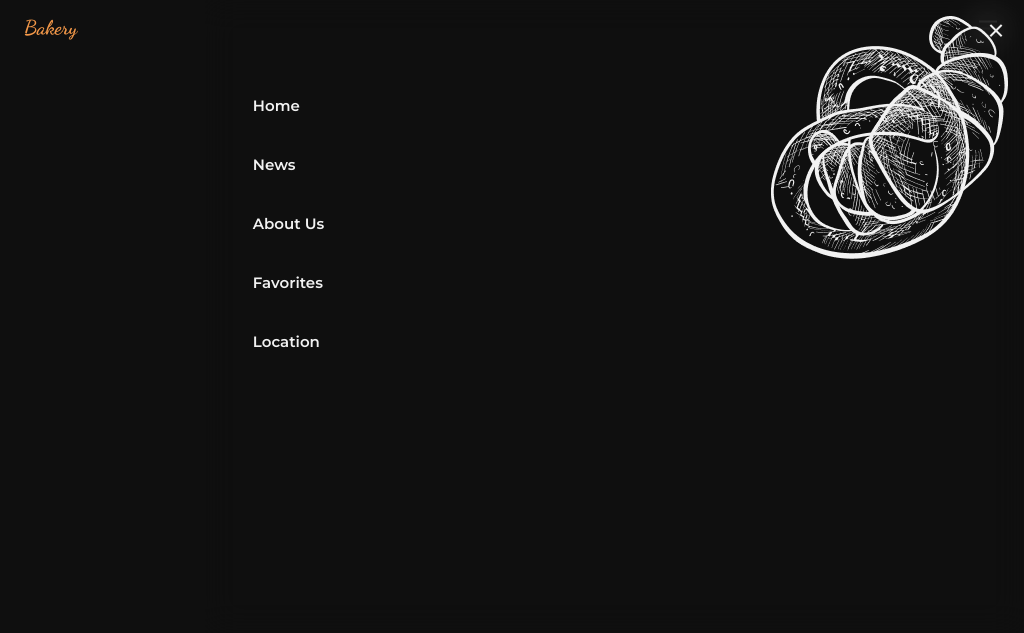
Repository: dinhhaidh/Bakery-web
Page: index.html
An editor plug-in stored every save of this project. The page is shown before and after a run of saves, followed by the edit.
The browser window is 1024 px wide. The pictures show the whole page.
Some web libraries are served in a nearby version.

Above is the page before, as saved 2024-01-15 20:06:00.

### index.html
<!DOCTYPE html>
<html lang="en">
  <head>
    <meta charset="UTF-8" />
    <meta name="viewport" content="width=device-width, initial-scale=1.0" />

    <!--=============== FAVICON ===============-->
    <link rel="shortcut icon" href="assets/img/favicon.png" type="image/x-icon"/>
    <!--=============== REMIXICONS ===============-->
    <link rel="stylesheet"  href="https://cdnjs.cloudflare.com/ajax/libs/remixicon/3.7.0/remixicon.css"/>
    <!--=============== CSS ===============-->
    <link rel="stylesheet" href="./css/style.css"/>

    <title>Responsive bakery website - Bedimcode</title>
  </head>
  <body>
    <!--==================== HEADER ====================-->
    <header class="header" id="header">
        <nav class="nav container">
            <a href="#" class="nav__logo">Bakery</a>
            <div class="nav__menu" id="nav-menu">
                <ul class="nav__list">
                    <li class="nav__item">
                        <a href="#home" class="nav__link">Home</a>
                    </li>
                    <li class="nav__item">
                        <a href="#new" class="nav__link">News</a>
                    </li>
                    <li class="nav__item">
                        <a href="#about" class="nav__link">About Us</a>
                    </li>
                    <li class="nav__item">
                        <a href="#favorite" class="nav__link">Favorites</a>
                    </li>
                    <li class="nav__item">
                        <a href="#visit" class="nav__link">Location</a>
                    </li>
                </ul>
                <div class="nav__close" id="nav__close">
                    <i class="ri-close-line"></i>
                </div>

                <img src="./img/bread-4.png" alt="image" class="nav__img-1">
                <img src="./img/bread-1.png" alt="image" class="nav__img-2">
            </div>

            <!-- toggle button -->
            <div class="nav__toggle" id="nav-toggle">
                <i class="ri-menu-line"></i>
            </div>
        </nav>
    </header>

    <!--==================== MAIN ====================-->
    <main class="main">
      <!--==================== HOME ====================-->
      <section class="home section" id="home"></section>

      <!--==================== NEWS ====================-->
      <section class="new section" id="new"></section>

      <!--==================== ABOUT ====================-->
      <section class="about section" id="about"></section>

      <!--==================== FAVORITES ====================-->
      <section class="favorite section" id="favorite"></section>

      <!--==================== VISIT ====================-->
      <section class="visit section" id="visit"></section>
    </main>

    <!--==================== FOOTER ====================-->
    <footer class="footer"></footer>

    <!--========== SCROLL UP ==========-->

    <!--=============== SCROLLREVEAL ===============-->
    <script src="./js/scrollreveal.min.js"></script>

    <!--=============== MAIN JS ===============-->
    <script src="./js/main.js"></script>
  </body>
</html>

### css/style.css
/*=============== GOOGLE FONTS ===============*/
@import url("https://fonts.googleapis.com/css2?family=Dancing+Script:wght@700&family=Montserrat:wght@400;600;700&display=swap");

/*=============== VARIABLES CSS ===============*/
:root {
    --header-height: 3.5rem;

    /*========== Colors ==========*/
    /*Color mode HSL(hue, saturation, lightness)*/
    --first-color: hsl(28, 88%, 62%);
    --first-color-alt: hsl(28, 84%, 58%);
    --title-color: hsl(0, 0%, 95%);
    --text-color: hsl(0, 0%, 75%);
    --text-color-light: hsl(0, 0%, 65%);
    --black-color: hsl(0, 0%, 6%);
    --body-color: hsl(0, 0%, 6%);
    --container-color: hsl(0, 0%, 10%);

    /*========== Font and typography ==========*/
    /*.5rem = 8px | 1rem = 16px ...*/
    --body-font: "Montserrat", sans-serif;
    --second-font: "Dancing Script", cursive;
    --biggest-font-size: 3rem;
    --bigger-font-size: 2rem;
    --h1-font-size: 1.5rem;
    --h2-font-size: 1.25rem;
    --h3-font-size: 1rem;
    --normal-font-size: .938rem;
    --small-font-size: .813rem;

    /*========== Font weight ==========*/
    --font-regular: 400;
    --font-semi-bold: 600;
    --font-bold: 700;

    /*========== z index ==========*/
    --z-tooltip: 10;
    --z-fixed: 100;
}

/*========== Responsive typography ==========*/
@media screen and (min-width: 1150px) {
    :root {
        --biggest-font-size: 5rem;
        --bigger-font-size: 3rem;
        --h1-font-size: 2.25rem;
        --h2-font-size: 1.5rem;
        --h3-font-size: 1.25rem;
        --normal-font-size: 1rem;
        --small-font-size: .875rem;
    }
}

/*=============== BASE ===============*/
* {
    box-sizing: border-box;
    padding: 0;
    margin: 0;
}

html {
    scroll-behavior: smooth;
}

body,
button {
    font-family: var(--body-font);
    font-size: var(--normal-font-size);
}

body {
    background-color: var(--body-color);
    color: var(--text-color);
}

button {
    border: none;
    outline: none;
}

h1,
h2,
h3,
h4 {
    color: var(--title-color);
    font-weight: var(--font-bold);
}

ul {
    list-style: none;
}

a {
    text-decoration: none;
}

img {
    display: block;
    max-width: 100%;
    height: auto;
}

/*=============== REUSABLE CSS CLASSES ===============*/
.container {
    max-width: 1120px;
    margin-inline: 1.5rem;
}

.grid {
    display: grid;
    gap: 1.5rem;
}

.section {
    padding-block: 5rem 1rem;
}

.section__title {
    font-size: var(--bigger-font-size);
    font-family: var(--second-font);
    margin-bottom: 1.5rem;
    text-align: center;
}

.main {
    overflow: hidden;
    /* For animation ScrollReveal */
}

/*=============== HEADER & NAV ===============*/
.header{
    position: fixed;
    width: 100%;
    top: 0;
    left: 0;
    background-color: transparent;
    z-index: var(--z-fixed);
}
.nav{
    position: relative;
    height: var(--header-height);
    display: flex;
    justify-content: space-between;
    align-items: center;
}
.nav__logo{
    color: var(--first-color);
    font-size: var(--h2-font-size);
    font-family: var(--second-font);
    transition: color .4s;
}
.nav__logo:hover{
    color: var(--first-color-alt);
}
.nav__close,
.nav__toggle{
    font-size: 1.5rem;
    color: var(--title-color);
    cursor: pointer;
}

/* Navigation for mobile devices */
@media screen and (max-width: 1150px) {
    .nav__menu{
        position: fixed;
        top: 0;
        right: 0;
        background-color: hsla(0,0%,6%, .2);
        backdrop-filter: blur(16px);
        -webkit-backdrop-filter: blur(16px);
        width: 80%;
        height: 100%;
        padding: 6rem 3rem 0;
        transition: right .4s;
    }
    .nav__list{
        display: flex;
        flex-direction: column;
        row-gap: 2.5rem;
    }
    .nav__link{
        color: var(--title-color);
        font-weight: var(--font-semi-bold);
        transition: color .4s;
    }
    .nav__link:hover{
        color: var(--first-color);
    }
    .nav__close,
    .nav__img-1,
    .nav__img-2{
        position: absolute;
        top: 1rem;
        right: 1rem;
    }
}


/* Show menu */


/* Add blur header */


/* Active link */


/*=============== HOME ===============*/


/*=============== BUTTON ===============*/


/*=============== NEW ===============*/


/*=============== ABOUT ===============*/


/*=============== FAVORITES ===============*/


/*=============== VISIT ===============*/


/*=============== FOOTER ===============*/


/*=============== SCROLL BAR ===============*/


/*=============== SCROLL UP ===============*/


/* Show Scroll Up */


/*=============== BREAKPOINTS ===============*/
/* For small devices */


/* For medium devices */


/* For large devices */

Loaded but not shown: js/scrollreveal.min.js (library); js/main.js (no copy from this time; the picture is the same without it)

After the next 2 saves:
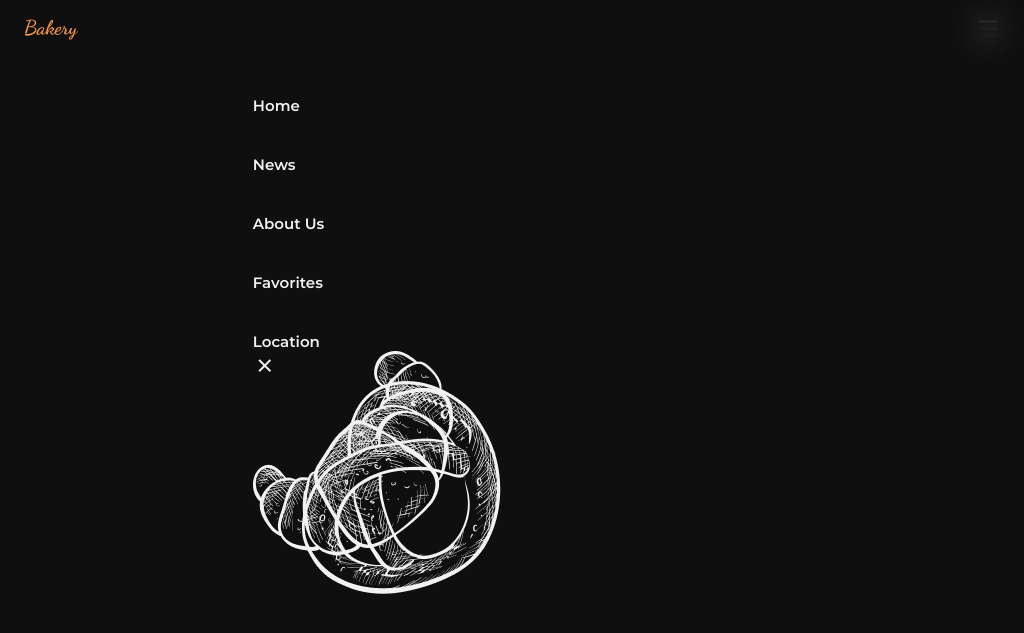
The 2 saves are shown as one change because they came seconds apart.
The last was saved 36 s later.
--- a/css/style.css
+++ b/css/style.css
@@ -190,9 +190,10 @@ img {
     .nav__img-1,
     .nav__img-2{
         position: absolute;
-        top: 1rem;
-        right: 1rem;
-    }
+    }
+    .nav
+    top: 1rem;
+    right: 1rem;
 }
 
 
